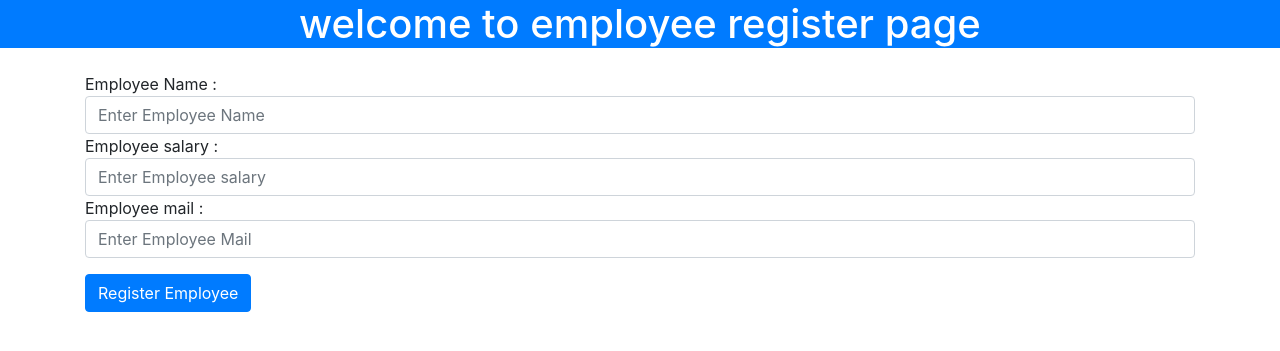
Repository: lokeshsukhwal/EmployeeMiniProject
Page: http://localhost/EmployeeEdit
These files come from the project's save history. The page is drawn as it stood at one moment and after the next save; the edit follows.
The browser window is 1280 px wide. The pictures show the whole page.
The page is this project's Thymeleaf template; nobody is signed in. The template is opened directly, without the code that normally fills it, so the values that code supplies are empty.

Above is the page before, as saved 2023-01-16 12:02:53.

### SpringBootMvc-ThymeleafMySqlCrudMiniProject/src/main/resources/templates/EmployeeEdit.html
<!DOCTYPE html>
<html>
<head>
<meta charset="ISO-8859-1">
<title>Employee register page</title>
<link rel="stylesheet"
	href="https://cdn.jsdelivr.net/npm/bootstrap@4.0.0/dist/css/bootstrap.min.css"
	integrity="sha384-Gn5384xqQ1aoWXA+058RXPxPg6fy4IWvTNh0E263XmFcJlSAwiGgFAW/dAiS6JXm"
	crossorigin="anonymous">
</head>
<body>
	<h1 class="bg-primary text-white text-center">welcome to employee
		register page</h1>
	<div class="container">
		<form action="save" method="post" class="mt-4">
			Employee Name : <input type="text" name="empName"
				class="form-control" placeholder="Enter Employee Name">
			Employee salary : <input type="text" name="empSalary"
				class="form-control" placeholder="Enter Employee salary">
			Employee mail : <input type="email" name="empMail"
				class="form-control" placeholder="Enter Employee Mail">

		<button type="submit" class="btn btn-primary mt-3">Register Employee</button>

		</form>
	</div>

</body>
</html>

After the next save:
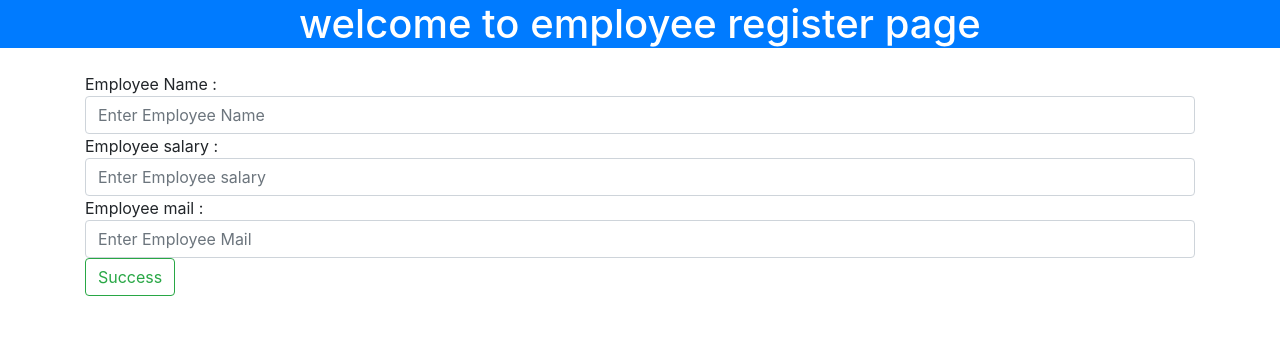
Saved 52 s later.
--- a/SpringBootMvc-ThymeleafMySqlCrudMiniProject/src/main/resources/templates/EmployeeEdit.html
+++ b/SpringBootMvc-ThymeleafMySqlCrudMiniProject/src/main/resources/templates/EmployeeEdit.html
@@ -20,7 +20,7 @@
 			Employee mail : <input type="email" name="empMail"
 				class="form-control" placeholder="Enter Employee Mail">
 
-		<button type="submit" class="btn btn-primary mt-3">Register Employee</button>
+		<button type="button" class="btn btn-outline-success">Success</button>
 
 		</form>
 	</div>
